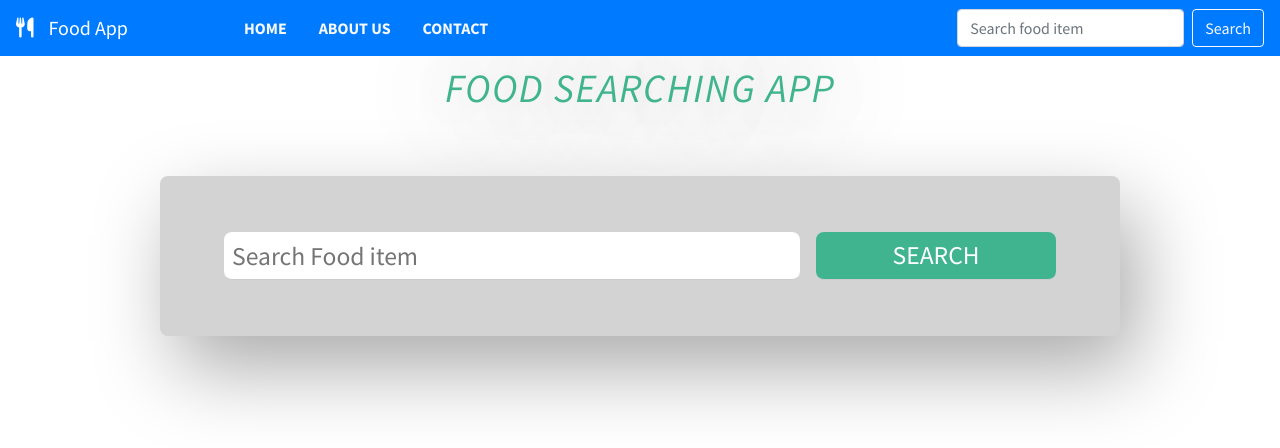
Repository: priyavmehta/React-Food-Recipe-App
Page: /
An editor plug-in stored every save of this project. The page is shown before and after the next save, followed by the edit.
The browser window is 1280 px wide. The pictures show the whole page.
Some web libraries are served in a nearby version. The project was rebuilt for these pictures with package versions that can differ from the ones it lists, and the page was loaded fresh each time. Also part of the build but not shown: src/Components/RecipeDetails.js, src/Components/Recipe.js, src/Components/Alert.js.

Above is the page before, as saved 2020-07-11 23:16:34.

After the next save:
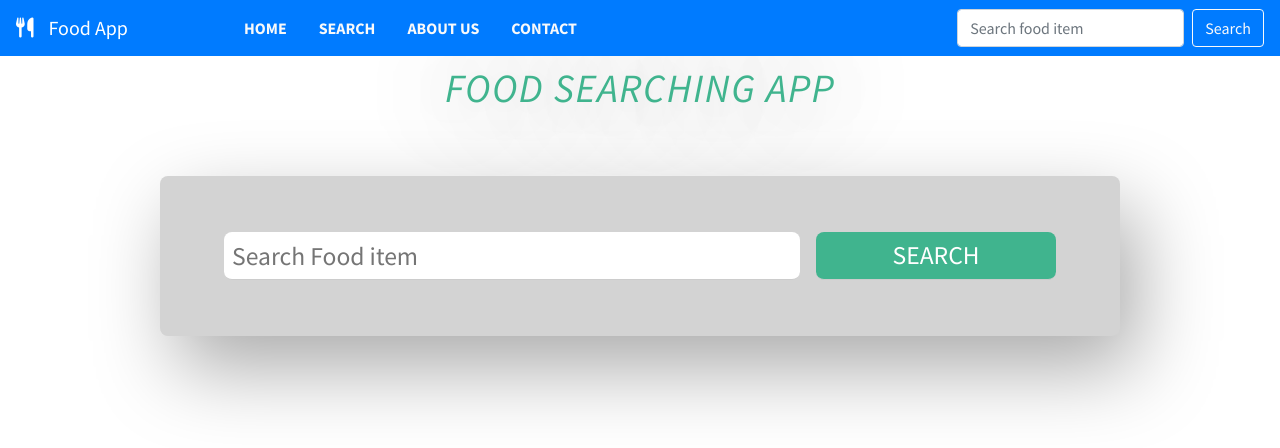
Saved 5 min 41 s later.
--- a/src/Components/Navbar.js
+++ b/src/Components/Navbar.js
@@ -31,6 +31,9 @@ const Navbar = ({icon, title}) => {
                     <li className="nav-item" >
                         <a className="nav-link text-light font-weight-bold px-3" href="#">HOME</a>
                     </li>
+                    <li className="nav-item" >
+                        <a className="nav-link text-light font-weight-bold px-3" href="#">SEARCH</a>
+                    </li>
                     <li className="nav-item">
                         <a className="nav-link text-light font-weight-bold px-3" href="#">ABOUT US</a>
                     </li>
